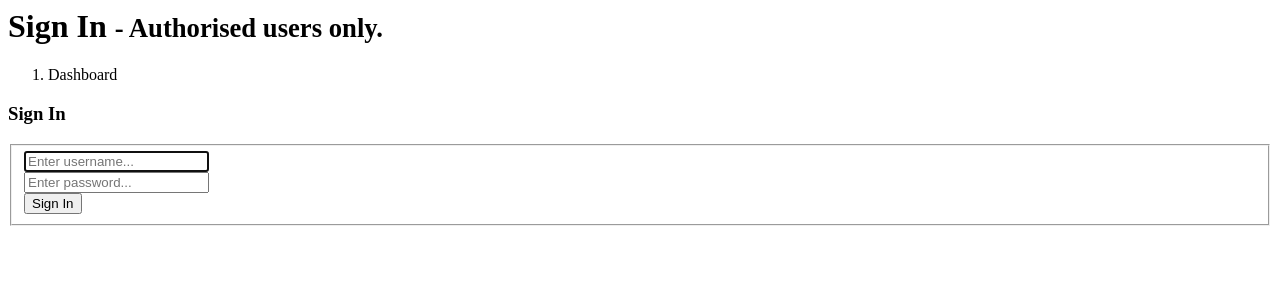
Repository: lcherone/cloud-developer
Page: http://localhost/app/module/cms/view/admin/sign-in.php
The author's editor kept a record of every edit. The page is drawn from the files as they stood at one moment, then again after the next edit.
The browser window is 1280 px wide. The pictures show the whole page.
The page is run by PHP 8.4 with error messages shown; the project is at /var/www/html/.

Above is the page before.

After the next edit:
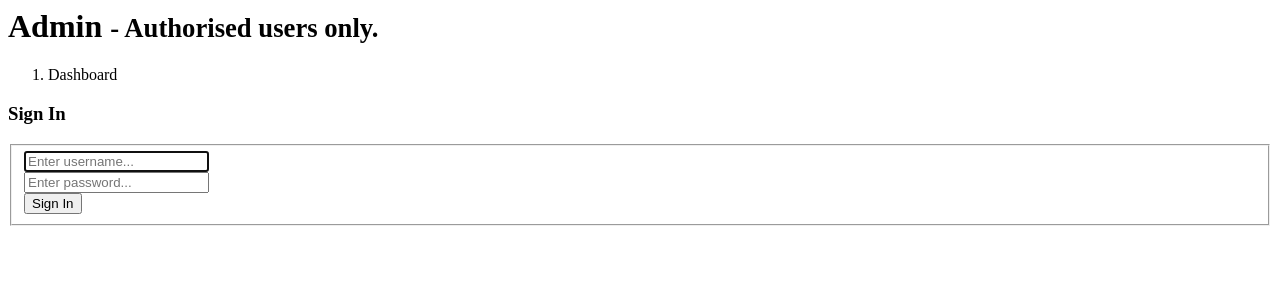
The edit:
--- a/app/module/cms/view/admin/sign-in.php
+++ b/app/module/cms/view/admin/sign-in.php
@@ -1,7 +1,7 @@
 <div class="row">
     <div class="col-lg-12">
         <h1 class="page-header">
-            Sign In <small> - Authorised users only.</small>
+            Admin <small> - Authorised users only.</small>
         </h1>
         <ol class="breadcrumb">
             <li class="active">
